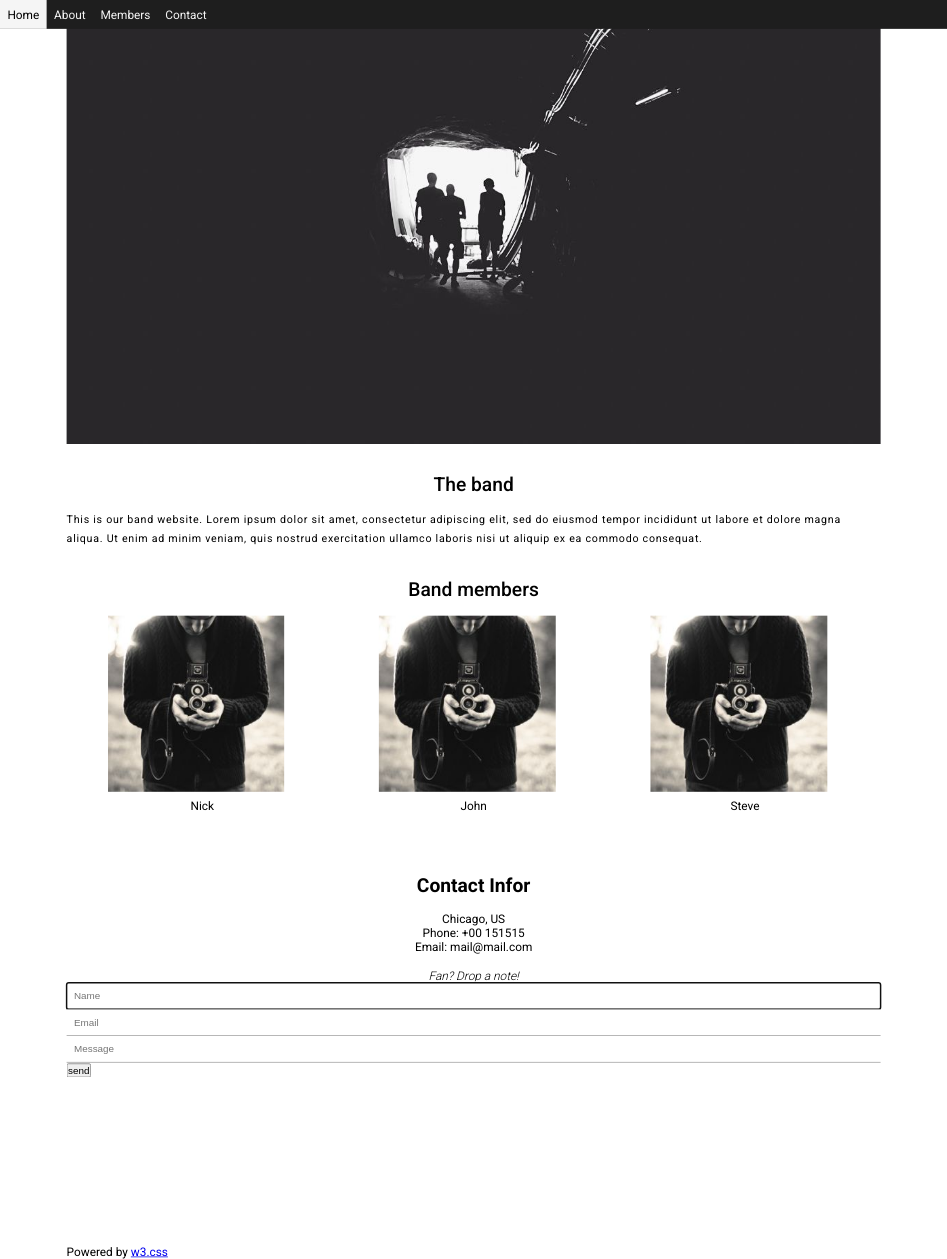
Repository: hieu-22/w3_band_UI
Page: index.html
The author's editor kept a copy of each file at every save. The page is drawn from the files as they stood at one save, then again after the next save.
The browser window is 1280 px wide. The pictures show the whole page, at 74% of full size.
The first visible `input` has the focus.

Above is the page before, as saved 2022-12-30 10:29:45.

### index.html
<!DOCTYPE html>
<html lang="en">
<head>
    <meta charset="UTF-8">
    <meta http-equiv="X-UA-Compatible" content="IE=edge">
    <meta name="viewport" content="width=device-width, initial-scale=1.0">
    <title>The band - by w3school</title>
    <link rel="stylesheet" href="assets/css/style.css">
    <link rel="preconnect" href="https://fonts.googleapis.com"><link rel="preconnect" href="https://fonts.gstatic.com" crossorigin><link href="https://fonts.googleapis.com/css2?family=Roboto:wght@100;300;400;500;700&display=swap" rel="stylesheet">
</head>
<body>
    <header class="header">
        <nav class="navigation-bar">
            <ul class="navigation-bar__list">
                <li class="navigation-bar__list-item">
                    Home
                </li>
                <li class="navigation-bar__list-item">
                    About
                </li>
                <li class="navigation-bar__list-item">
                    Members
                </li>
                <li class="navigation-bar__list-item">
                    Contact
                </li>
            </ul>
        </nav>
        <div class="banner"></div>
    </header>

    <main class="content">
        <div class="content__about">
            <h2 class="content__about-name">The band</h2>
            <p class="content__about-description"> This is our band website. Lorem ipsum dolor sit amet, consectetur adipiscing elit, sed do eiusmod tempor incididunt ut labore et dolore magna aliqua. Ut enim ad minim veniam, quis nostrud exercitation ullamco laboris nisi ut aliquip ex ea commodo consequat.
            </p>
        </div>
        <!-- end about -->

        <div class="content__members">
            <h2 class="content__members-header">Band members</h2>
            <div class="content__members-container">
                <div class="member">
                    <div class="member__img">
                        <img src="/assets/img/img_bandmember.jpg" alt="band member">
                    </div>
                    <p class="member__name">Nick</p>
                </div>
                <!-- member1 -->
                <div class="member">
                    <div class="member__img">
                        <img src="/assets/img/img_bandmember.jpg" alt="band member">
                    </div>
                    <p class="member__name">John</p>
                </div>
                <!-- member2 -->
                <div class="member">
                    <div class="member__img">
                        <img src="/assets/img/img_bandmember.jpg" alt="band member">
                    </div>
                    <p class="member__name">Steve</p>
                </div>
                <!-- member3 -->
            </div>
        </div>
        <!-- end members -->
        <div class="content__contact-infor">
            <h2 class="contact-infor__header">Contact Infor</h2>
            <address class="contact-infor__address">
                Chicago, US</br>
                Phone: +00 151515</br>
                Email: mail@mail.com
            </address>
            <div class="contact-infor__form">
                <h3 class="contact-infor__form-title">Fan? Drop a note!</h3>
            <form action="#">
                <input type="text" placeholder="Name" name="name">
                <input type="email" placeholder="Email">
                <input type="text" placeholder="Message">
                <button>send</button>
            </form>
            </div>
            <div class="contact-infor__banner"></div>
        </div>
    </main>

    <footer>
        <p>Powered by <a href="#">w3.css</a></p>
    </footer>
</body>
</html>

### assets/css/style.css
* {
    box-sizing: border-box;
    padding: 0;
    margin: 0;

}

html {
    font-family: 'Roboto', sans-serif;
    font-size: 16px;
    width: 1100px;
    margin: auto;
}

.header {
    height: 600px;
}

.navigation-bar {
    position: absolute;
    top: 0;
    left: 0;
    width: 100%;
    background-color: rgb(30, 30, 30);
}

.navigation-bar__list {
    display: flex;
    justify-content: flex-start;
    align-items: center;
    border-radius: 2px;
    list-style-type: none;
}

.navigation-bar__list-item {
    padding: 10px;
    color: whitesmoke;
}
.navigation-bar__list-item:hover {
    background-color: whitesmoke;
    color: black;
    cursor: pointer;
}

.banner {
    height: 100%;
    width: auto;
    background-image: url('../img/img_la.jpg');
    background-size: cover;
}
/* main content */
.content__about {
    margin-top: 20px;
}

.content__about-name {
    font-weight: 500;
    text-align: center;
    font-size: 26px;
    padding: 20px 0;
}

.content__about-description {
    letter-spacing: 1px;
    line-height: 26px;
    font-size: 0.9rem;
}
/* end about */

.content__members {
    height: 400px;
    margin-top: 20px;
}
.content__members-header {
    font-weight: 500;
    text-align: center;
    width: 100%;
    padding: 20px 0;
    font-size: 26px;
}
.content__members-container {
    display: flex;
    justify-content: space-around;
}

.member__img {
    height: 80%;
}

.member__img img {
    height: 100%;
}

.member__name {
    text-align: center;
    padding: 10px;
}
/* end member */

.content__contact-infor {
    height: 500px;
    margin-top: 20px;
}

.content__contact-infor .contact-infor__header {
    margin: 20px 0;
    text-align: center;
    font-size: 26px;
}

.content__contact-infor .contact-infor__address {
    margin: 20px 0;
    text-align: center;
    font-style: normal;
}

.content__contact-infor .contact-infor__form-title {
    font-style: italic;
    font-weight: 300;
    font-size: 16px;
    text-align: center;
}

input {
    width: 100%;
    padding: 10px;
    border: none;
    border-bottom: 1px solid rgb(158, 158, 158);
}

After the next save:
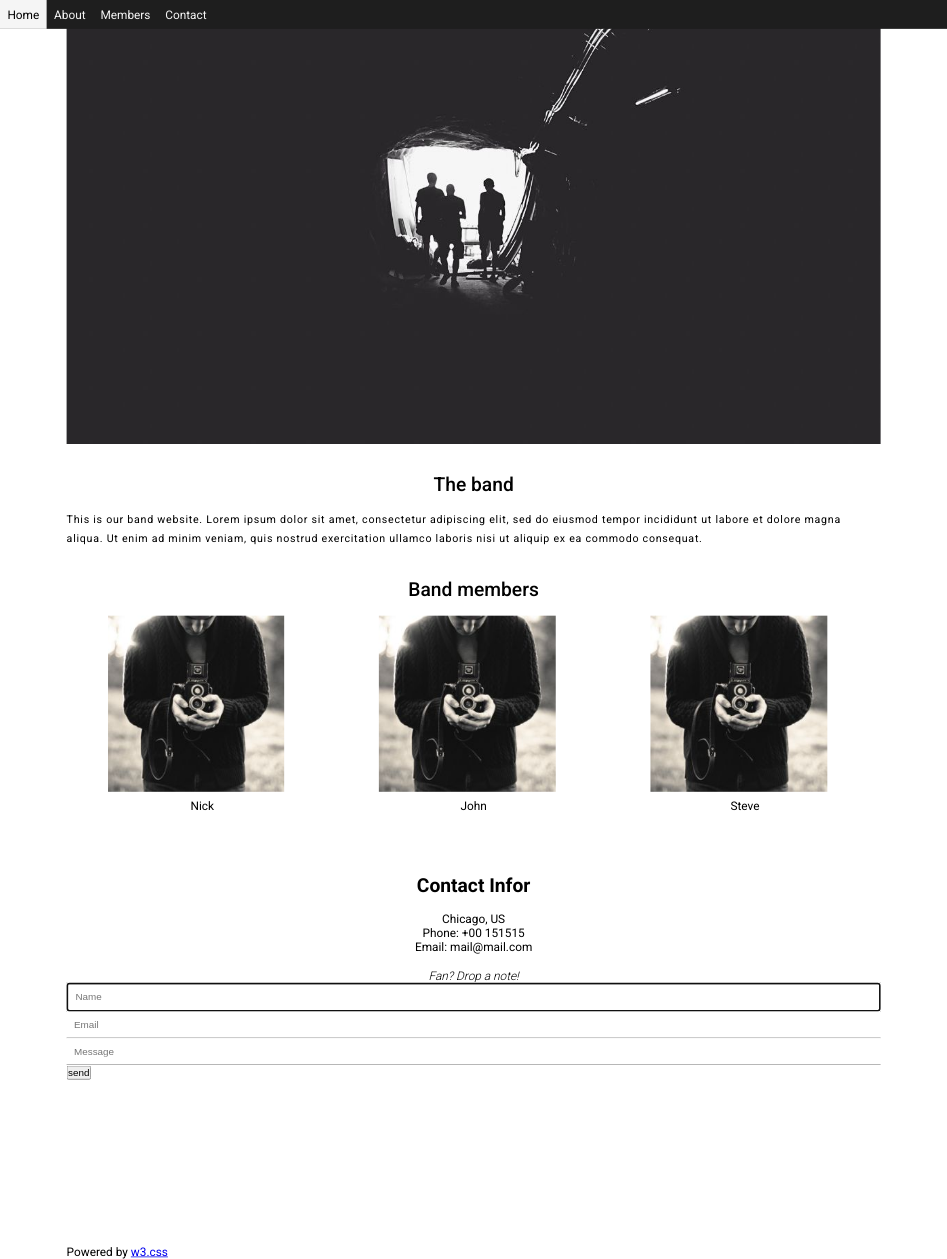
Saved 48 s later.
--- a/assets/css/style.css
+++ b/assets/css/style.css
@@ -127,3 +127,7 @@ input {
     border: none;
     border-bottom: 1px solid rgb(158, 158, 158);
 }
+
+input:focus {
+    border: 2px solid black;
+}
